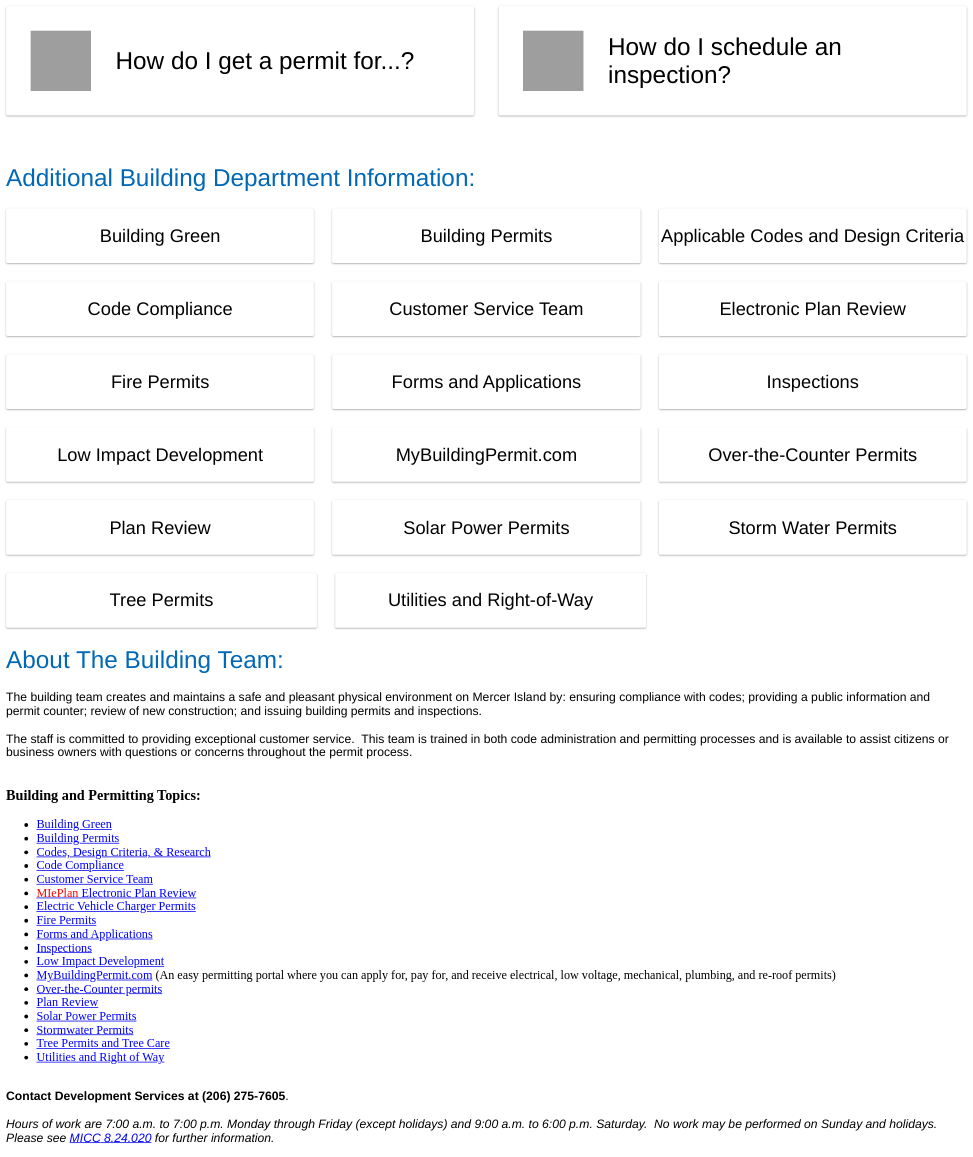
Repository: CharlieMisner/Mercer-Island-Website-Templates
Page: building-main-page/building-main-page.html
The author's editor kept a record of every edit. The page is drawn from the files as they stood at one moment, then again after the next edit.
The browser window is 1280 px wide. The pictures show the whole page, at 76% of full size.
Pictures or frames that could not be fetched are drawn as grey boxes.

Above is the page before.

After the next edit:
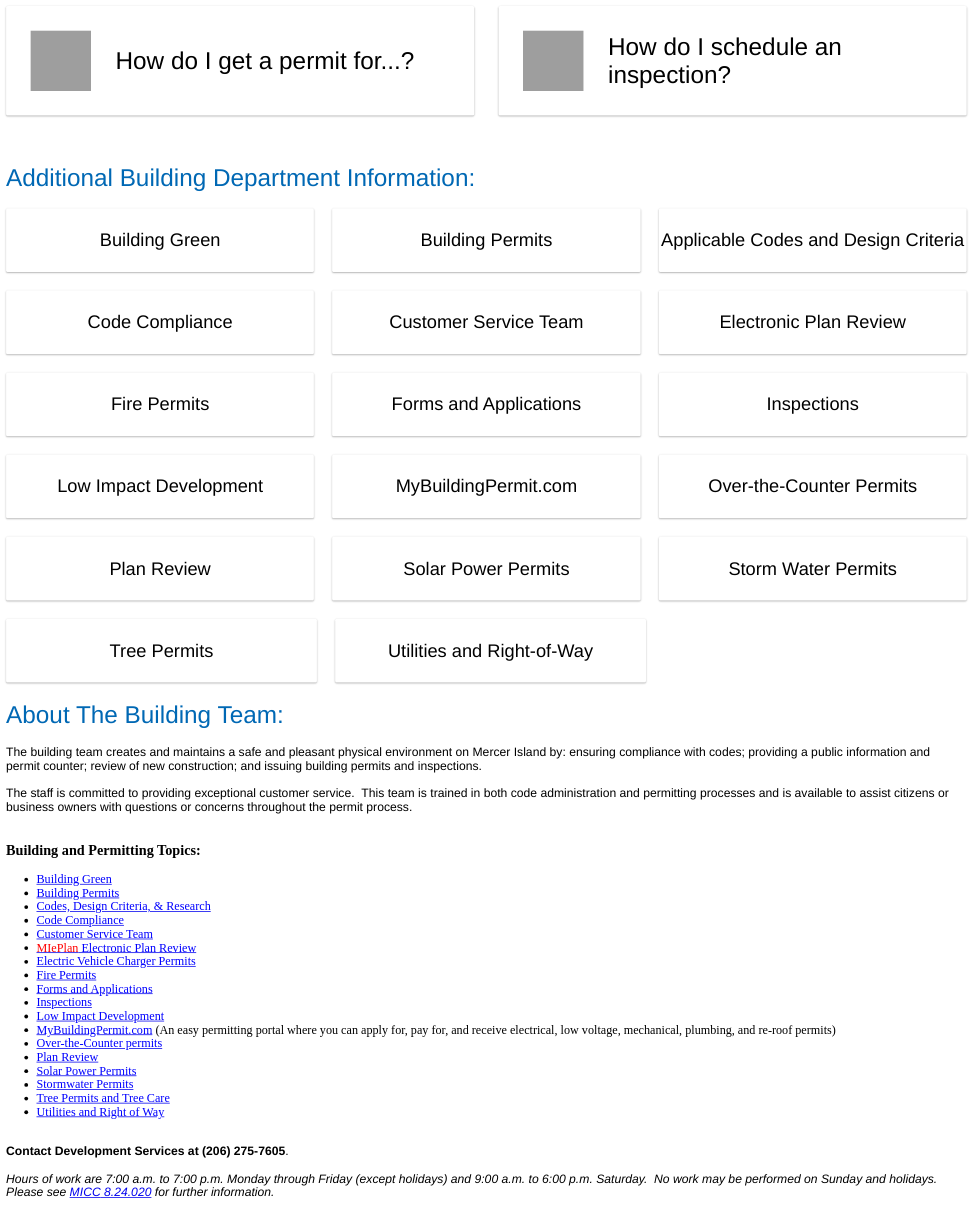
The edit:
--- a/building-main-page/building-main-page.html
+++ b/building-main-page/building-main-page.html
@@ -212,7 +212,7 @@
     }
 
     .centered-card {
-        height: 3em;
+        height: 3.5em;
         font-family: Helvetica;
     }
 
